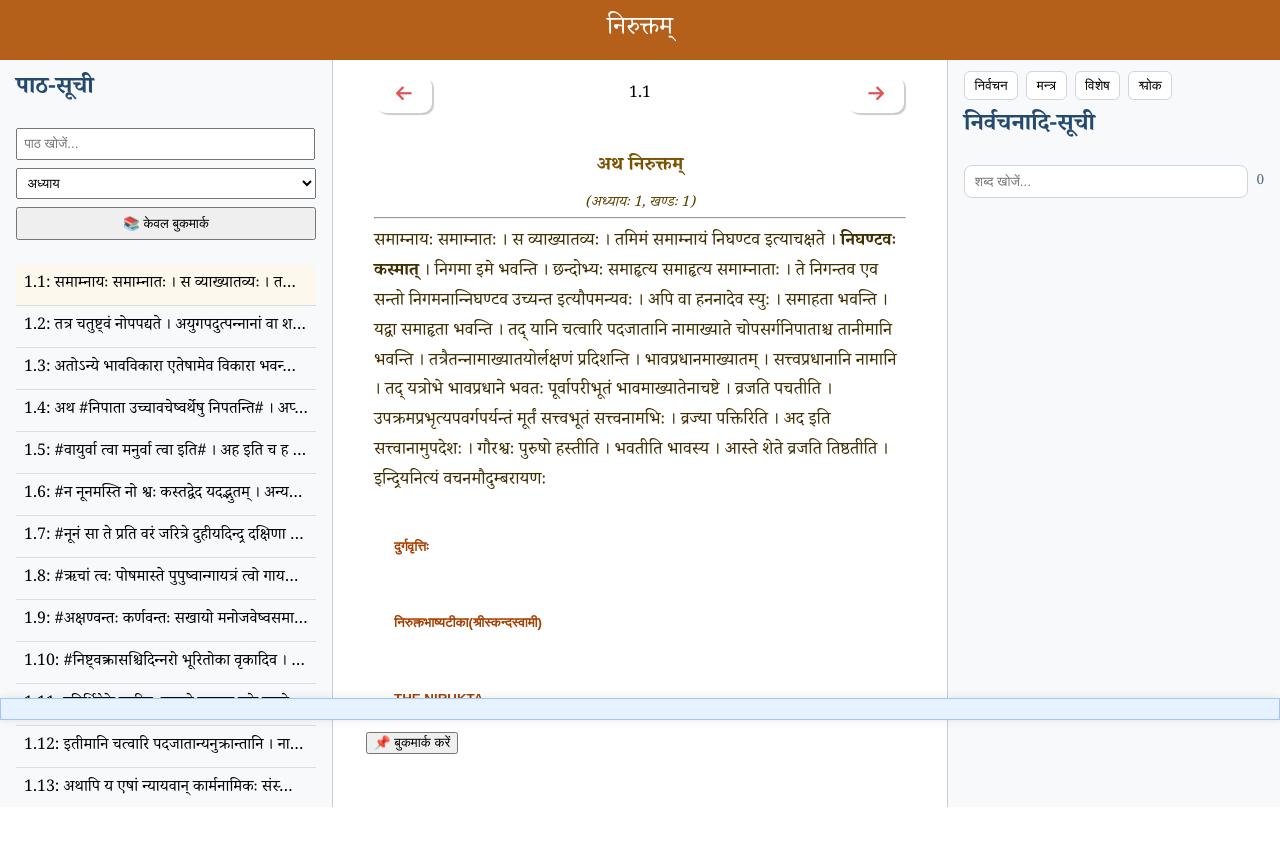
Repository: sanskritsphere/Niruktam
Page: index.html
The author's editor kept a copy of each file at every save. The page is drawn from the files as they stood at one save, then again after the next save.
The browser window is 1280 px wide. The pictures show the whole page.
Some web fonts or font styles are not loaded; a fallback is used.

Above is the page before, as saved 2025-12-04 10:22:17.

### index.html
<!DOCTYPE html>
<html lang="sa">
<head>
  <meta charset="UTF-8">
  <meta name="viewport" content="width=device-width, initial-scale=1.0">
  <title>निरुक्तम्(1.1)</title>
  <link rel="stylesheet" type="text/css" href="style.css">
  <link rel="stylesheet" href="https://cdnjs.cloudflare.com/ajax/libs/font-awesome/6.5.0/css/all.min.css">
  <link href="https://fonts.googleapis.com/css2?family=Noto+Serif+Devanagari&family=Mukta&family=Tiro+Devanagari+Sanskrit&display=swap" rel="stylesheet">
  </head>
<body>
  <div class="loader" id="loader"></div>
  <div id="header">
    <span>निरुक्तम्</span>
  </div>
  <button class="menu-toggle" onclick="toggleSidebar()">☰</button>

  <aside id="sidebar">
    <h2>पाठ-सूची</h2>
    <input id="searchInput" oninput="leftSearch()" type="text" placeholder="पाठ खोजें...">
    <select id="filterAdhyay" name="selector"><option value=""></option></select>
    <button id="filterBookmarked">📚 केवल बुकमार्क</button>
       <ul id="sutraList"></ul>
  </aside>


  <div id="tipsBox"></div>
  <main onclick="toggleSidebar(true)">
    <div id="sutraContent"></div>
  </main>

   <aside id="markSidebar">
  <h2>निर्वचनादि-सूची</h2>

  <div class="markSearch">
    <input id="markSearchInput" type="search" placeholder="शब्द खोजें..." />
    <span id="markSearchCount"></span>
  </div>

  <ul id="markList"></ul>
</aside>


 <script src="script.js" defer></script>
</body>
</html>

### script.js
// =============== STATE ===============
let data = [];
let currentIndex = 0;
let listElements = [];

const TAGS = [
  { key: '#b', label: 'निर्वचन' },  // #b(.*?)b#
  { key: '#m', label: 'मन्त्र' },   // #m(.*?)m#
  { key: '#v', label: 'विशेष' }, // #v(.*?)v#
  { key: '#s', label: 'श्लोक'}   // #s(.*?)s#
];

const termsByTag = {};               // { b:[], m:[], v:[] }
TAGS.forEach(t => termsByTag[t.key] = []);

const bookmarked = new Set();
const doubts = JSON.parse(localStorage.getItem('doubts') || '[]');

const markState = { query: "", activeTag: 'b' };  // right sidebar
const leftSearchState = { q: "" };                // left sidebar search

// सिर्फ left-labels के लिए b...b unwrap (list label generate करते समय)
const MARK_RE_B = /b(.*?)b/g;


// =============== HELPERS ===============
function normalizeNFC(s){ return (s || "").normalize("NFC"); }

function escapeHTML(s=""){
  return s.replace(/[&<>"']/g, c => ({
    '&':'&amp;','<':'&lt;','>':'&gt;','"':'&quot;',"'":'&#39;'
  }[c]));
}

function highlightLabel(label="", q=""){
  label = normalizeNFC(label);
  q = normalizeNFC(q);
  const safe = escapeHTML(label);
  if(!q) return safe;
  const re = new RegExp(q.replace(/[.*+?^${}()|[\]\\]/g, '\\$&'), 'gi');
  return safe.replace(re, m => `<span class="mark">${m}</span>`);
}

function debounce(fn, wait = 200){
  let t;
  return (...args) => { clearTimeout(t); t = setTimeout(() => fn(...args), wait); };
}

function highlightDoubts(text, doubtTexts) {
  if (!text) return '';
  let out = text;
  doubtTexts.forEach(doubt => {
    const q = normalizeNFC(doubt);
    if (!q) return;
    const re = new RegExp(`(${q.replace(/[.*+?^${}()|[\]\\]/g, '\\$&')})`, 'g');
    out = out.replace(re, '<span class="doubt-highlight">$1</span>');
  });
  return out;
}

/* ========= main content temporary highlight after click ========= */
function flashSearchInMain(query, duration = 1600){
  query = (query || "").trim();
  if (!query) return;
  const container = document.getElementById('sutraContent');
  if (!container) return;

  const qN = normalizeNFC(query).toLowerCase();

  // remove previous flashes
  container.querySelectorAll('.main-flash').forEach(span => {
    const text = document.createTextNode(span.textContent);
    const p = span.parentNode;
    if (p) p.replaceChild(text, span);
  });

  // walk text nodes and wrap matches
  const walker = document.createTreeWalker(container, NodeFilter.SHOW_TEXT, null);
  let node, firstSpan = null;

  const wrapMatchesInNode = (textNode) => {
    const original = textNode.nodeValue;
    const origN = normalizeNFC(original);
    const hay = origN.toLowerCase();

    let start = 0, idx = hay.indexOf(qN, start);
    if (idx === -1) return;

    const parent = textNode.parentNode;
    const frag = document.createDocumentFragment();
    let pos = 0;

    while (idx !== -1) {
      const absStart = idx;
      const absEnd = idx + qN.length;

      const before = original.slice(pos, absStart);
      const match  = original.slice(absStart, absEnd);

      if (before) frag.appendChild(document.createTextNode(before));

      const span = document.createElement('span');
      span.className = 'main-flash';
      span.textContent = match;
      frag.appendChild(span);
      if (!firstSpan) firstSpan = span;

      pos = absEnd;
      start = absEnd;
      idx = hay.indexOf(qN, start);
    }
    const after = original.slice(pos);
    if (after) frag.appendChild(document.createTextNode(after));

    parent.replaceChild(frag, textNode);
  };

  while ((node = walker.nextNode())) {
    if (!node.parentElement) continue;
    const tag = node.parentElement.tagName;
    if (tag === 'SCRIPT' || tag === 'STYLE') continue;
    wrapMatchesInNode(node);
  }

  if (firstSpan) {
    firstSpan.scrollIntoView({ behavior: 'smooth', block: 'center' });
  }

  setTimeout(() => {
    container.querySelectorAll('.main-flash').forEach(span => {
      const text = document.createTextNode(span.textContent);
      const p = span.parentNode;
      if (p) p.replaceChild(text, span);
    });
  }, duration);
}
/* ========= /flash ========= */

/* ========= SINGLE-PASS tag collector: b/m/v/... =========
   किसी एक replace से सारे tags पकड़ो ताकि HTML inject होने के बाद regex न बिगड़े  */
function processAllTags(str, sutraIdx, field){
  let src = str || '';
  if (!src) return { html: '' };

  const keys = TAGS.map(t => t.key);                   // ['b','m','v',...]
  const re = new RegExp(`(${keys.join("|")})([\\s\\S]*?)\\1`, "g"); // (b|m|v) ... \1

  const counters = Object.fromEntries(keys.map(k => [k, 0]));

  const html = src.replace(re, (m, tagKey, inner) => {
    const i = counters[tagKey]++;
    const id = `mark-${tagKey}-${sutraIdx}-${field}-${i}`;
    const label = (inner || '').trim();

    // collect strictly into active tag bucket
    termsByTag[tagKey].push({ id, label, sutraIdx, field, tag: tagKey });

    // visible anchor (escape to avoid leaking tags)
    return `<span class="mark-anchor tag-${tagKey}" id="${id}"><b>${escapeHTML(label)}</b></span>`;
  });

  return { html };
}


// =============== RENDER: MAIN PANEL ===============
function renderSutra(index) {
  const sutra = data[index];
  if (!sutra) return;

  const doubtTexts = doubts.filter(d => d.index === sutra.index).map(d => d.text);
  const container = document.getElementById('sutraContent');
  if (!container) return;

  container.innerHTML = `
    <div class="sutra">
      <div class="sutra-btn">
        <button onclick="navigate(-1)"><i class="fas fa-arrow-left"></i></button>
        <p>${sutra.index}</p>
        <button onclick="navigate(1)"><i class="fas fa-arrow-right"></i></button>
      </div>

      <div class="section"><strong>अथ निरुक्तम्</strong>
        <div class="meta">(अध्यायः ${sutra.adhyay}, खण्डः ${sutra.khand})</div><hr>
        ${highlightDoubts(sutra.text, doubtTexts)}
      </div>

      <div class="section">
        <button class="toggle-btn" onclick="toggleExclusive('durg')">दुर्गवृत्तिः</button>
        <div id="durg" class="toggle-content"><hr>${highlightDoubts(sutra.durg, doubtTexts)}</div>
      </div>
      <div class="section">
        <button class="toggle-btn" onclick="toggleExclusive('skand')">निरुक्तभाष्यटीका(श्रीस्कन्दस्वामी)</button>
        <div id="skand" class="toggle-content"><hr>${highlightDoubts(sutra.skand, doubtTexts)}</div>
      </div>
       <div class="section">
        <button class="toggle-btn" onclick="toggleExclusive('vivaran')">THE NIRUKTA</button>
        <div id="vivaran" class="toggle-content"><hr>${highlightDoubts(sutra.vivaran, doubtTexts)}</div>
      </div>
      <button class="add-remove-bookmark" onclick="toggleBookmark(${index})">
        ${bookmarked.has(index) ? '🔖 बुकमार्क हटाएं' : '📌 बुकमार्क करें'}
      </button>
      <br><br><br><br>
    </div>
  `;

  listElements.forEach((el, i) => {
    el.classList.toggle('active', i === index);
    if (i === index) document.title = `นिरुक्त_(${sutra.index})`;
  });
}


// =============== LEFT LIST (always from plain) ===============
function populateSidebar() {
  const ul = document.getElementById('sutraList');
  if (!ul) return;

  ul.innerHTML = '';
  listElements = [];

  data.forEach((sutra, index) => {
    const base = `${sutra.index}: ${sutra.text_plain || ""}`.trim();
    const title = base;
    const label = base;

    const li = document.createElement('li');
    li.textContent = label;          // plain
    li.title = title;
    li.dataset.baseLabel = label;    // restore के लिए

    li.onclick = (e) => {
      e.stopPropagation();
      currentIndex = index;
      renderSutra(index);
      if (leftSearchState.q && leftSearchState.q.trim()) {
        setTimeout(() => flashSearchInMain(leftSearchState.q), 60);
      }
      toggleSidebar(true);
    };

    listElements.push(li);
    ul.appendChild(li);
  });
}

// master renderer: left search + adhyay + bookmark
function applyFilters() {
  const ul = document.getElementById('sutraList');
  if (!ul) return;

  const adhyayEl = document.getElementById('filterAdhyay');
  const bookmarkedBtn = document.getElementById('filterBookmarked');

  const adhyay = adhyayEl ? adhyayEl.value : "";
  const showBookmarked = bookmarkedBtn ? bookmarkedBtn.classList.contains('active') : false;

  const q = normalizeNFC((leftSearchState.q || "").toLowerCase());

  ul.innerHTML = '';

  listElements.forEach((li, i) => {
    const s = data[i];
    const passAdhyay   = (!adhyay || s.adhyay == adhyay);
    const passBookmark = (!showBookmarked || bookmarked.has(i));
    const passSearch   = (!q || (s._search || "").includes(q));

    if (passAdhyay && passBookmark && passSearch) {
      ul.appendChild(li);
    }
  });
}


// =============== RIGHT SIDEBAR (tabs + list) ===============
function buildMarkTabs(){
  const sidebar = document.getElementById('markSidebar');
  if (!sidebar) return;

  let tabs = document.getElementById('markTabs');
  if (!tabs){
    tabs = document.createElement('div');
    tabs.id = 'markTabs';
    tabs.style.display = 'flex';
    tabs.style.gap = '.5rem';
    tabs.style.marginBottom = '.5rem';
    tabs.style.flexWrap = 'wrap';
    const h2 = sidebar.querySelector('h2');
    if (h2 && h2.parentNode) h2.parentNode.insertBefore(tabs, h2);
    else sidebar.insertBefore(tabs, sidebar.firstChild);
  }

  tabs.innerHTML = '';
  TAGS.forEach(tag => {
    const btn = document.createElement('button');
    btn.className = 'mark-tab-btn';
    btn.textContent = tag.label;
    btn.dataset.tag = tag.key;
    btn.style.padding = '.35rem .6rem';
    btn.style.border = '1px solid #cfd6de';
    btn.style.borderRadius = '6px';
    btn.style.background = (markState.activeTag === tag.key) ? '#e8f0fe' : '#fff';
    btn.style.cursor = 'pointer';
    btn.setAttribute('aria-selected', markState.activeTag === tag.key ? 'true' : 'false');
    btn.onclick = () => {
      markState.activeTag = tag.key;
      buildMarkTabs();     // active style refresh
      renderMarkSidebar(); // list refresh
    };
    tabs.appendChild(btn);
  });
}

function renderMarkSidebar() {
  const ul = document.getElementById('markList');
  const countEl = document.getElementById('markSearchCount');
  if (!ul) return;

  const active = markState.activeTag || 'b';
  const source = termsByTag[active] || [];

  const q = normalizeNFC((markState.query || "").toLowerCase().trim());
  const filtered = q
    ? source.filter(t => normalizeNFC(t.label).toLowerCase().includes(q))
    : source;

  ul.innerHTML = '';

  filtered.forEach((t) => {
    const li = document.createElement('li');
    const idx = data[t.sutraIdx]?.index || '';
    li.innerHTML = `${highlightLabel(t.label, q)} <span style="opacity:.7">(${idx})</span>`;
    li.title = `${t.label} — सूक्त ${idx}`;
    li.onclick = (e) => {
      e.stopPropagation();
      currentIndex = t.sutraIdx;
      renderSutra(currentIndex);
      if (markState.query && markState.query.trim()) {
        setTimeout(() => flashSearchInMain(markState.query), 60);
      }
      setTimeout(() => {
        const el = document.getElementById(t.id);
        if (el) {
          el.classList.add('flash');
          el.scrollIntoView({ behavior: 'smooth', block: 'center' });
          setTimeout(() => el.classList.remove('flash'), 1500);
        }
      }, 50);
    };
    ul.appendChild(li);
  });

  if (countEl) countEl.textContent = String(filtered.length || 0);
}


// =============== FILTERS / NAV / TOGGLES ===============
function updateFilters() {
  const adhyaySet = new Set();
  data.forEach(s => adhyaySet.add(s.adhyay));
  const sel = document.getElementById('filterAdhyay');
  if (!sel) return;
  sel.innerHTML = '<option value="">अध्याय</option>' + [...adhyaySet].map(a => `<option>${a}</option>`).join('');
}

function navigate(offset) {
  const newIndex = currentIndex + offset;
  if (newIndex >= 0 && newIndex < data.length) {
    currentIndex = newIndex;
    renderSutra(currentIndex);
  }
}

function toggleBookmark(index) {
  bookmarked.has(index) ? bookmarked.delete(index) : bookmarked.add(index);
  renderSutra(index);
  applyFilters();
}

function toggleSidebar(forceClose = null) {
  const aside = document.getElementById('sidebar');
  if (!aside) return;
  if (forceClose === true) aside.classList.remove('open');
  else if (forceClose === false) aside.classList.add('open');
  else aside.classList.toggle('open');
}

function toggleExclusive(idToShow) {
  ['durg', 'skand', 'vivaran'].forEach(id => {
    const el = document.getElementById(id);
    if (!el) return;
    el.style.display = id === idToShow && el.style.display !== 'block' ? 'block' : 'none';
  });
}


// =============== UI WIRING (bind after DOMContentLoaded) ===============
function wireUI(){

  // LEFT sidebar search input (always from plain dataset)
  const input = document.getElementById("searchInput");
  if (input){
    input.addEventListener('input', function() {
      leftSearchState.q = input.value || "";

      const filter = input.value.normalize("NFC").toUpperCase();
      const ul = document.getElementById("sutraList");
      const li = ul.getElementsByTagName("li");

      for (let i = 0; i < li.length; i++) {
        const base = (li[i].dataset.baseLabel || li[i].textContent || "").normalize("NFC");
        const idx = base.toUpperCase().indexOf(filter);

        if (idx > -1) {
          li[i].style.display = "";
          const before = base.slice(0, idx);
          const middle = base.slice(idx, idx + filter.length);
          const after  = base.slice(idx + filter.length);
          li[i].innerHTML = `${before}<span class="chihnit">${middle}</span>${after}`;
        } else {
          li[i].style.display = "none";
          li[i].textContent = base; // restore plain
        }
      }
    });
  }

  // Filters wiring
  const adhyaySelect = document.getElementById('filterAdhyay');
  if (adhyaySelect) adhyaySelect.onchange = applyFilters;

  const bookmarkedBtnEl = document.getElementById('filterBookmarked');
  if (bookmarkedBtnEl){
    bookmarkedBtnEl.onclick = function () {
      this.classList.toggle('active');
      applyFilters();
    };
  }

  // RIGHT sidebar search input
  const markSearchInput = document.getElementById('markSearchInput');
  if (markSearchInput){
    markState.query = ""; // init
    markSearchInput.addEventListener('input', debounce(e => {
      markState.query = e.target.value || "";
      renderMarkSidebar();
    }, 150));
  }

  // Build right tabs initially
  buildMarkTabs();
}


// =============== FETCH + PROCESS ===============
document.addEventListener('DOMContentLoaded', () => {
  wireUI();  // DOM ready

  fetch("data.json")
    .then(res => res.json())
    .then(json => {
      // reset buckets each load
      TAGS.forEach(t => { termsByTag[t.key] = []; });

      data = json.niruktam.map((item, i) => {
        // Plain versions for LEFT labels/search (strip all tags + unwrap b/m/v)
        const rawText  = item.text  || "";
        const rawDurg  = item.durg  || "";
        const rawSkand = item.skand || "";
        const rawVivaran = item.vivaran || "";

        const stripAll = s => (s || "")
          .replace(/<[^>]*>/g, "")
          .replace(/b(.*?)b/g, (_, p1)=> (p1||"").trim())
          .replace(/m(.*?)m/g, (_, p1)=> (p1||"").trim())
          .replace(/v(.*?)v/g, (_, p1)=> (p1||"").trim());

        const text_plain  = stripAll(rawText);
        const durg_plain  = stripAll(rawDurg);
        const skand_plain = stripAll(rawSkand);
        const vivaran_plain = stripAll(rawVivaran);

        // Left search key from plain text
        const searchKey = normalizeNFC((item.index + ': ' + text_plain)).toLowerCase();

        // Main HTML with anchors for ALL configured tags (single-pass)
        const pText  = processAllTags(item.text,  i, 'text');
        const pDurg  = processAllTags(item.durg,  i, 'durg');
        const pSkand = processAllTags(item.skand, i, 'skand');
        const pVivaran = processAllTags(item.vivaran, i, 'vivaran');

        return {
          ...item,
          text:  pText.html,
          durg:  pDurg.html,
          skand: pSkand.html,
          vivaran: pVivaran.html,
          text_plain,
          durg_plain,
          skand_plain,
          vivaran_plain,
          _search: searchKey
        };
      });

      // Left list + filters
      populateSidebar();
      updateFilters();
      applyFilters();

      // Main + Right side
      renderSutra(currentIndex);
      renderMarkSidebar();

      const loader = document.getElementById('loader');
      if (loader) loader.style.display = 'none';
    })
    .catch(err => {
      const cont = document.getElementById('sutraContent');
      if (cont) cont.innerText = 'Error loading data: ' + err.message;
      const loader = document.getElementById('loader');
      if (loader) loader.style.display = 'none';
    });
});

Loaded but not shown: data.json (4814 lines, source omitted); style.css (303 lines, source omitted)

After the next save:
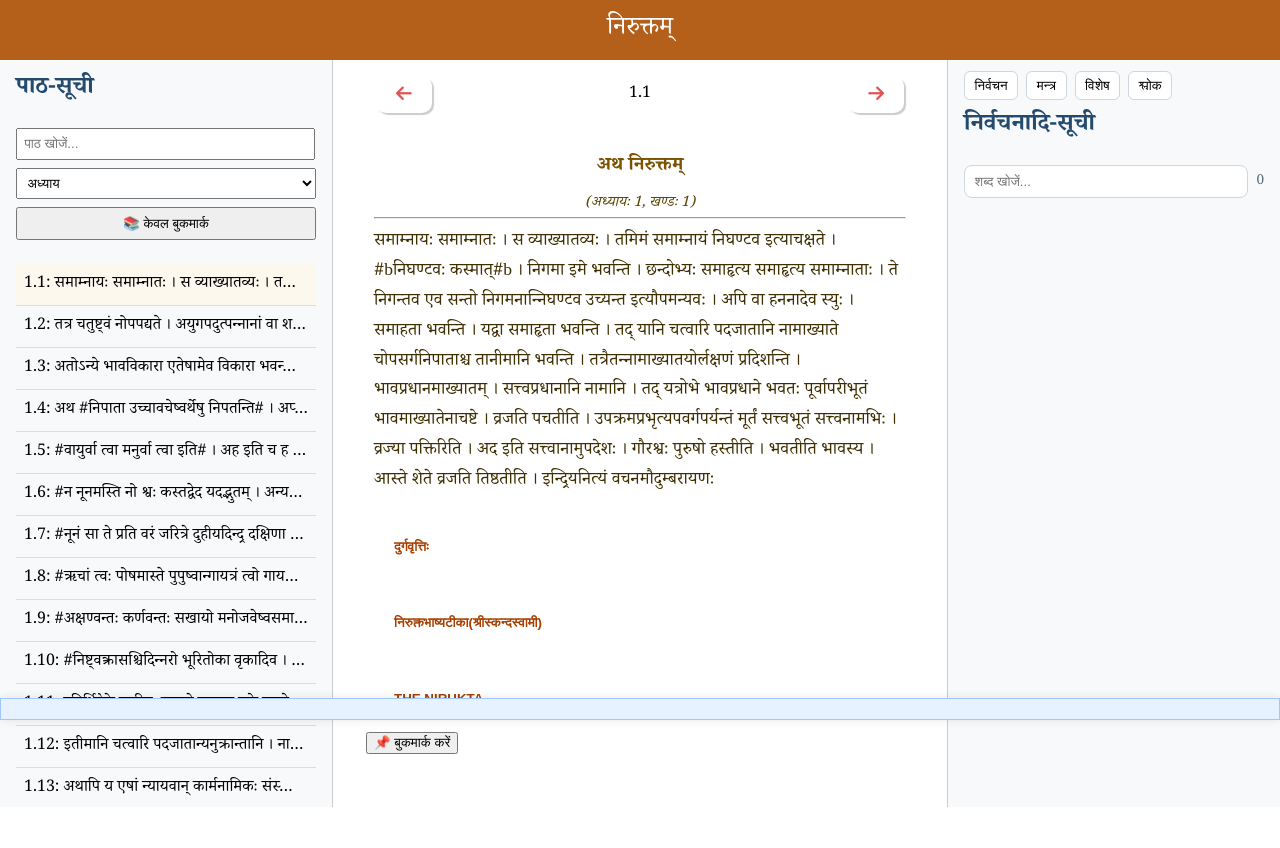
Saved 18 min 26 s later.
--- a/script.js
+++ b/script.js
@@ -142,8 +142,9 @@ function processAllTags(str, sutraIdx, field){
   let src = str || '';
   if (!src) return { html: '' };
 
-  const keys = TAGS.map(t => t.key);                   // ['b','m','v',...]
-  const re = new RegExp(`(${keys.join("|")})([\\s\\S]*?)\\1`, "g"); // (b|m|v) ... \1
+  const keys = TAGS.map(t => t.key); // ['b','m','v','s']
+  // match pattern: #b ... #b   OR  #m ... #m  etc.
+  const re = new RegExp(`#(${keys.join("|")})([\\s\\S]*?)#\\1`, "g");
 
   const counters = Object.fromEntries(keys.map(k => [k, 0]));
 
@@ -152,15 +153,16 @@ function processAllTags(str, sutraIdx, field){
     const id = `mark-${tagKey}-${sutraIdx}-${field}-${i}`;
     const label = (inner || '').trim();
 
-    // collect strictly into active tag bucket
+    // collect into bucket
     termsByTag[tagKey].push({ id, label, sutraIdx, field, tag: tagKey });
 
-    // visible anchor (escape to avoid leaking tags)
+    // make safe visible anchor
     return `<span class="mark-anchor tag-${tagKey}" id="${id}"><b>${escapeHTML(label)}</b></span>`;
   });
 
   return { html };
 }
+
 
 
 // =============== RENDER: MAIN PANEL ===============
